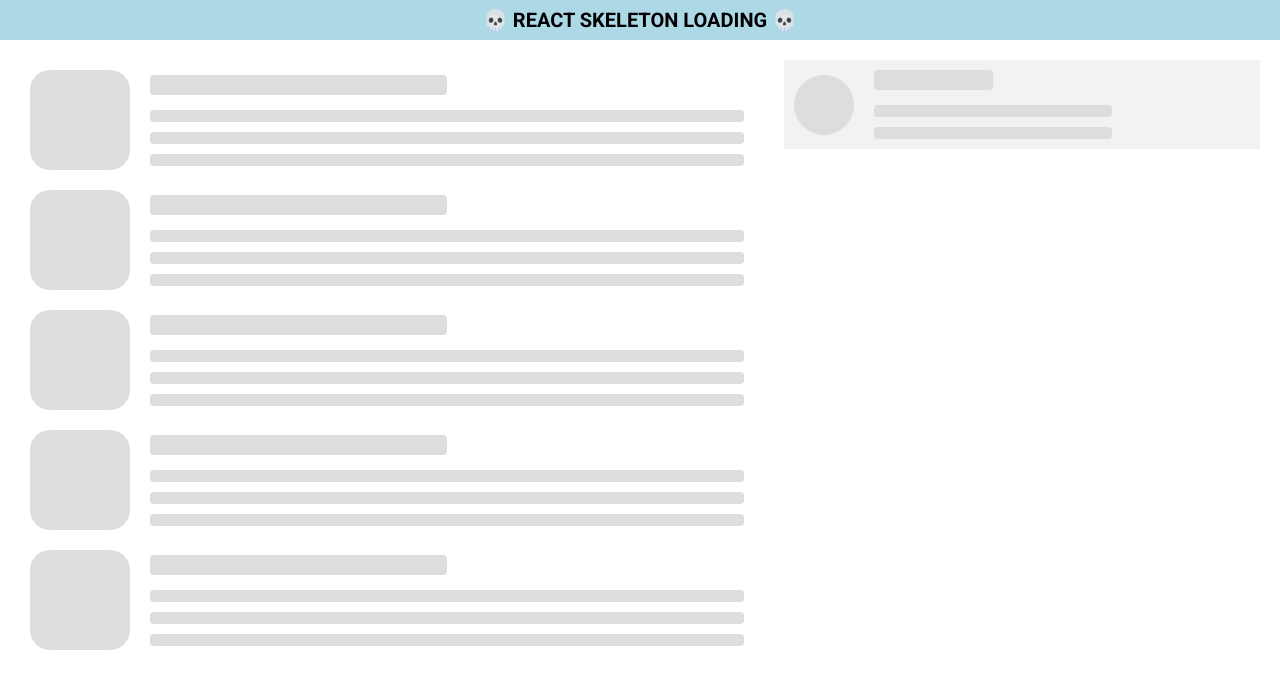
Repository: ethanJones21/React-Skeleton-Loading
Page: /
The author's editor kept a copy of each file at every save. The page is drawn from the files as they stood at one save, then again after the next save.
The browser window is 1280 px wide. The pictures show the whole page.
The page's requests for data from a server got no answer. The project was rebuilt for these pictures with package versions that can differ from the ones it lists, and the page was loaded fresh each time. No one was signed in, and anything a server would have sent is missing. Also part of the build but not shown: src/components/Post.css, src/components/Post.js.

Above is the page before, as saved 2020-11-26 03:32:24.

After the next save:
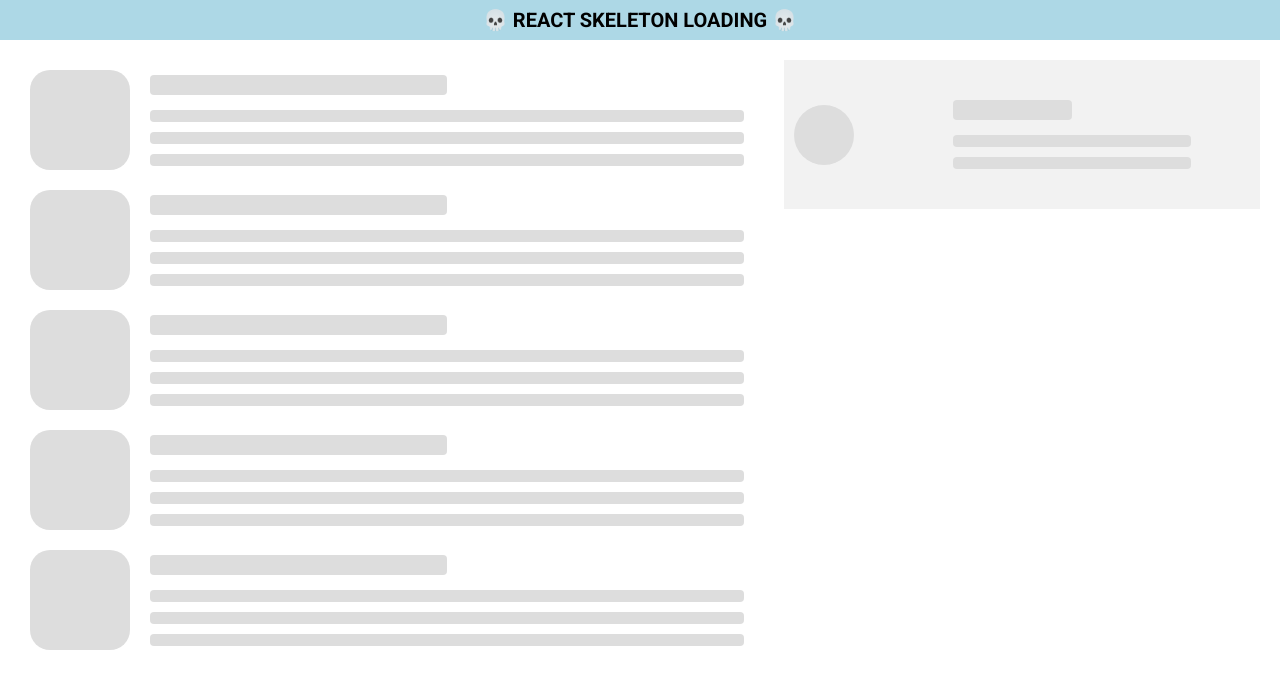
Saved 24 s later.
--- a/src/skeleton/UserSkeleton.css
+++ b/src/skeleton/UserSkeleton.css
@@ -6,5 +6,10 @@
 }
 
 .userSkeletonRight {
+  margin: 20px auto;
+  padding: 10px 15px;
+  border-radius: 4px;
+  position: relative;
+  overflow: hidden;
   width: 50%;
 }
